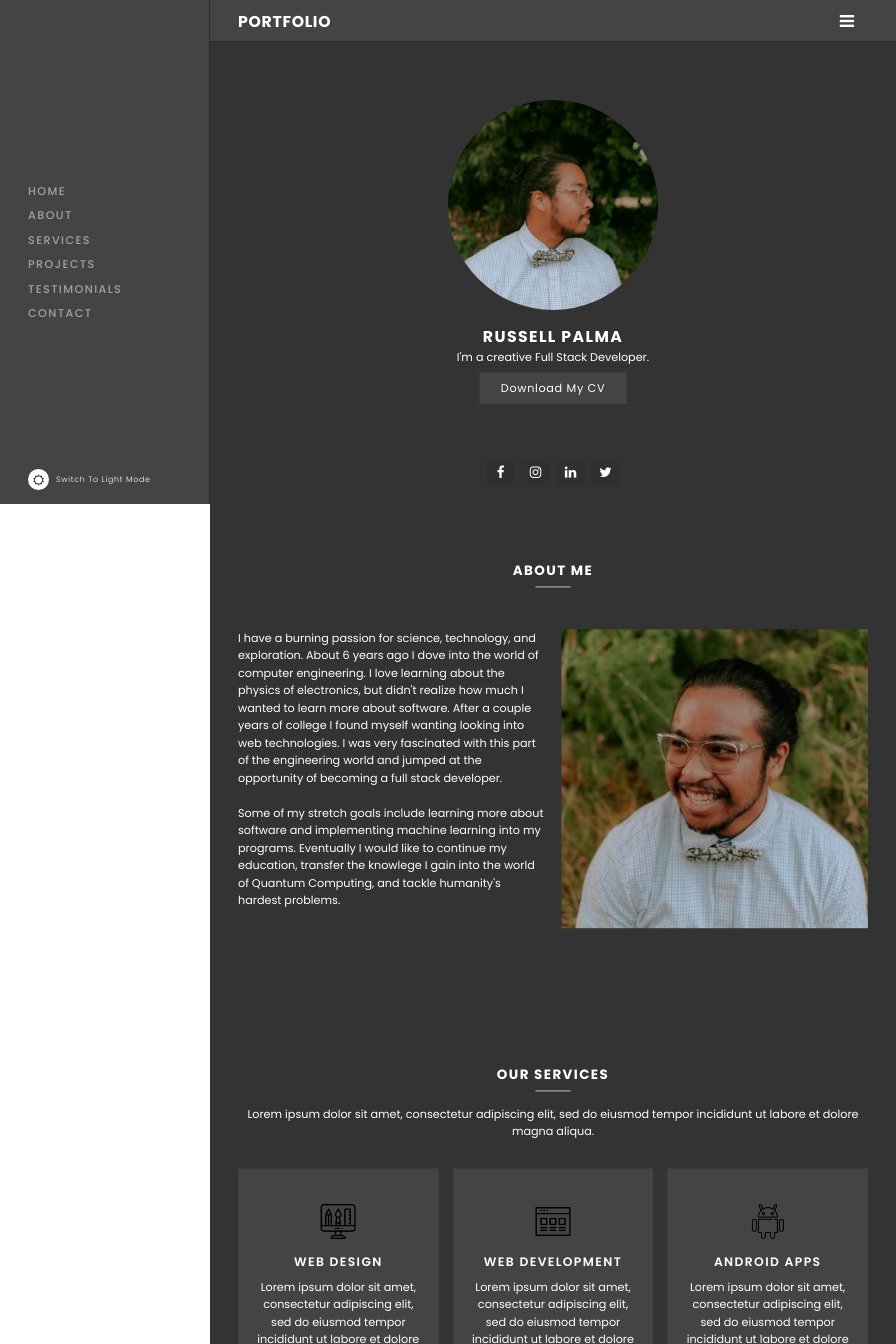
Repository: RussPalms/portforlio-1
Page: index.html
These files come from the project's save history. The page is drawn as it stood at one moment and after the next save; the edit follows.
The browser window is 1280 px wide. The pictures show the part of the page from y = 0 to 1920 px (the page is 5693 px tall), at 70% of full size.
Empty fields were first filled with sample values (such as "Sample", 5 or name@example.com).
After loading, the first visible `div.themeSwitch` was clicked once.

Above is the page before, as saved 2021-11-28 15:57:10.

### index.html
<!DOCTYPE html>
<html>
	<head>
		<meta name="viewport" content="width=device-width, initial-scale=1.0" />
		<title>Complete Responsive Portfolio Website</title>
		<link
			rel="stylesheet"
			href="https://cdnjs.cloudflare.com/ajax/libs/font-awesome/4.7.0/css/font-awesome.css"
			integrity="sha512-5A8nwdMOWrSz20fDsjczgUidUBR8liPYU+WymTZP1lmY9G6Oc7HlZv156XqnsgNUzTyMefFTcsFH/tnJE/+xBg=="
			crossorigin="anonymous"
			referrerpolicy="no-referrer"
		/>
		<link rel="stylesheet" type="text/css" href="style.css" />
	</head>
	<body>
		<div class="container">
			<div class="navigation">
				<ul>
					<li><a href="#banner" onclick="toggleMenu();">Home</a></li>
					<li><a href="#about" onclick="toggleMenu();">About</a></li>
					<li><a href="#services" onclick="toggleMenu();">Services</a></li>
					<li><a href="#projects" onclick="toggleMenu();">Projects</a></li>
					<li><a href="#testimonials" onclick="toggleMenu();">Testimonials</a></li>
					<li><a href="#contact" onclick="toggleMenu();">Contact</a></li>
				</ul>
				<div class="themeSwitch"></div>
			</div>
			<div class="main">
				<div class="topbar">
					<a href="#" class="logo">Portfolio</a>
					<div class="toggle">
						<i class="fa fa-bars" aria-hidden="true"></i>
					</div>
				</div>

				<section class="banner" id="banner">
					<div class="content">
						<div class="imgBx">
							<img src="images/user.jpeg" />
						</div>
						<h3>Russell Palma</h3>
						<p>I'm a creative Full Stack Developer.</p>
						<a href="resume/index.html" class="btn"
							>Download My CV</a
						>
						<ul class="socialMedia">
							<li>
								<a href="#"
									><i
										class="fa fa-facebook"
										aria-hidden="true"
									></i
								></a>
							</li>
							<li>
								<a href="#"
									><i
										class="fa fa-instagram"
										aria-hidden="true"
									></i
								></a>
							</li>
							<li>
								<a href="#"
									><i
										class="fa fa-linkedin"
										aria-hidden="true"
									></i
								></a>
							</li>
							<li>
								<a href="#"
									><i
										class="fa fa-twitter"
										aria-hidden="true"
									></i
								></a>
							</li>
						</ul>
					</div>
				</section>

				<section class="about adjust" id="about">
					<div class="title">
						<h2>About Me</h2>
					</div>
					<div class="content">
						<div class="textBox">
							<p>
								I have a burning passion for science,
								technology, and exploration. About 6 years ago I
								dove into the world of computer engineering. I
								love learning about the physics of electronics,
								but didn't realize how much I wanted to learn
								more about software. After a couple years of
								college I found myself wanting looking into web
								technologies. I was very fascinated with this
								part of the engineering world and jumped at the
								opportunity of becoming a full stack developer.
								<br /><br />Some of my stretch goals include
								learning more about software and implementing
								machine learning into my programs. Eventually I
								would like to continue my education, transfer
								the knowlege I gain into the world of Quantum
								Computing, and tackle humanity's hardest
								problems.
							</p>
						</div>
						<div class="imgBc">
							<img src="resume/me.jpg" />
						</div>
					</div>
				</section>

				<section class="services adjust" id="services">
					<div class="title">
						<h2>Our Services</h2>
						<p>
							Lorem ipsum dolor sit amet, consectetur adipiscing
							elit, sed do eiusmod tempor incididunt ut labore et
							dolore magna aliqua.
						</p>
					</div>
					<div class="content">
						<div class="serviceBox">
							<img src="images/icon1.png" />
							<h2>Web Design</h2>
							<p>
								Lorem ipsum dolor sit amet, consectetur
								adipiscing elit, sed do eiusmod tempor
								incididunt ut labore et dolore magna aliqua.
								Fusce id velit ut tortor.
							</p>
						</div>
						<div class="serviceBox">
							<img src="images/icon2.png" />
							<h2>Web Development</h2>
							<p>
								Lorem ipsum dolor sit amet, consectetur
								adipiscing elit, sed do eiusmod tempor
								incididunt ut labore et dolore magna aliqua.
								Fusce id velit ut tortor.
							</p>
						</div>
						<div class="serviceBox">
							<img src="images/icon3.png" />
							<h2>Android Apps</h2>
							<p>
								Lorem ipsum dolor sit amet, consectetur
								adipiscing elit, sed do eiusmod tempor
								incididunt ut labore et dolore magna aliqua.
								Fusce id velit ut tortor.
							</p>
						</div>
						<div class="serviceBox">
							<img src="images/icon4.png" />
							<h2>Photography</h2>
							<p>
								Lorem ipsum dolor sit amet, consectetur
								adipiscing elit, sed do eiusmod tempor
								incididunt ut labore et dolore magna aliqua.
								Fusce id velit ut tortor.
							</p>
						</div>
						<div class="serviceBox">
							<img src="images/icon5.png" />
							<h2>Content Writing</h2>
							<p>
								Lorem ipsum dolor sit amet, consectetur
								adipiscing elit, sed do eiusmod tempor
								incididunt ut labore et dolore magna aliqua.
								Fusce id velit ut tortor.
							</p>
						</div>
						<div class="serviceBox">
							<img src="images/icon6.png" />
							<h2>Video Editing</h2>
							<p>
								Lorem ipsum dolor sit amet, consectetur
								adipiscing elit, sed do eiusmod tempor
								incididunt ut labore et dolore magna aliqua.
								Fusce id velit ut tortor.
							</p>
						</div>
					</div>
				</section>

				<section class="projects adjust" id="projects">
					<div class="title">
						<h2>Recent Work</h2>
						<p>
							Lorem ipsum dolor sit amet, consectetur adipiscing
							elit, sed do eiusmod tempor incididunt ut labore et
							dolore magna aliqua.
						</p>
					</div>
					<div class="content">
						<div class="workBx">
							<div class="imgBx">
								<img src="images/img1.jpg" />
							</div>
							<div class="textBx">
								<h3>Project 1</h3>
							</div>
						</div>
						<div class="workBx">
							<div class="imgBx">
								<img src="images/img2.jpg" />
							</div>
							<div class="textBx">
								<h3>Project 2</h3>
							</div>
						</div>
						<div class="workBx">
							<div class="imgBx">
								<img src="images/img3.jpg" />
							</div>
							<div class="textBx">
								<h3>Project 3</h3>
							</div>
						</div>
						<div class="workBx">
							<div class="imgBx">
								<img src="images/img4.jpg" />
							</div>
							<div class="textBx">
								<h3>Project 4</h3>
							</div>
						</div>
						<div class="workBx">
							<div class="imgBx">
								<img src="images/img5.jpg" />
							</div>
							<div class="textBx">
								<h3>Project 5</h3>
							</div>
						</div>
						<div class="workBx">
							<div class="imgBx">
								<img src="images/img6.jpg" />
							</div>
							<div class="textBx">
								<h3>Project 6</h3>
							</div>
						</div>
						<div class="workBx">
							<div class="imgBx">
								<img src="images/img7.jpg" />
							</div>
							<div class="textBx">
								<h3>Project 7</h3>
							</div>
						</div>
						<div class="workBx">
							<div class="imgBx">
								<img src="images/img8.jpg" />
							</div>
							<div class="textBx">
								<h3>Project 8</h3>
							</div>
						</div>
						<div class="workBx">
							<div class="imgBx">
								<img src="images/img9.jpg" />
							</div>
							<div class="textBx">
								<h3>Project 9</h3>
							</div>
						</div>
					</div>
				</section>

				<section class="testimonials adjust" id="testimonials">
					<div class="title">
						<h2>Testimonials</h2>
						<p>
							Lorem ipsum dolor sit amet, consectetur adipiscing
							elit, sed do eiusmod tempor incididunt ut labore et
							dolore magna aliqua.
						</p>
					</div>
					<div class="content">
						<div class="testimonialsBox">
							<div class="imgBx">
								<img src="images/user1.jpg" />
							</div>
							<p>
								Tortor condimentum lacinia quis vel eros. Sed
								euismod nisi porta lorem mollis aliquam ut
								porttitor leo. Sed euismod nisi porta lorem.
								Justo laoreet sit amet cursus sit amet dictum
								sit. Quam viverra orci sagittis eu volutpat odio
								facilisis mauris sit. Dui nunc mattis enim ut
								tellus elementum sagittis. Vitae nunc sed velit
								dignissim sodales. Massa sapien faucibus et
								molestie ac feugiat. Pulvinar sapien et ligula
								ullamcorper malesuada proin. Porttitor rhoncus
								dolor purus non enim praesent elementum
								facilisis leo.
							</p>
							<h4>
								Someone Famous<br /><span
									>Website Designer</span
								>
							</h4>
						</div>
						<div class="testimonialsBox">
							<div class="imgBx">
								<img src="images/user2.jpg" />
							</div>
							<p>
								Tortor condimentum lacinia quis vel eros. Sed
								euismod nisi porta lorem mollis aliquam ut
								porttitor leo. Sed euismod nisi porta lorem.
								Justo laoreet sit amet cursus sit amet dictum
								sit. Quam viverra orci sagittis eu volutpat odio
								facilisis mauris sit. Dui nunc mattis enim ut
								tellus elementum sagittis. Vitae nunc sed velit
								dignissim sodales. Massa sapien faucibus et
								molestie ac feugiat. Pulvinar sapien et ligula
								ullamcorper malesuada proin. Porttitor rhoncus
								dolor purus non enim praesent elementum
								facilisis leo.
							</p>
							<h4>
								Someone Famous<br /><span
									>Website Designer</span
								>
							</h4>
						</div>
						<div class="testimonialsBox">
							<div class="imgBx">
								<img src="images/user3.jpg" />
							</div>
							<p>
								Tortor condimentum lacinia quis vel eros. Sed
								euismod nisi porta lorem mollis aliquam ut
								porttitor leo. Sed euismod nisi porta lorem.
								Justo laoreet sit amet cursus sit amet dictum
								sit. Quam viverra orci sagittis eu volutpat odio
								facilisis mauris sit. Dui nunc mattis enim ut
								tellus elementum sagittis. Vitae nunc sed velit
								dignissim sodales. Massa sapien faucibus et
								molestie ac feugiat. Pulvinar sapien et ligula
								ullamcorper malesuada proin. Porttitor rhoncus
								dolor purus non enim praesent elementum
								facilisis leo.
							</p>
							<h4>
								Someone Famous<br /><span
									>Website Designer</span
								>
							</h4>
						</div>
						<div class="testimonialsBox">
							<div class="imgBx">
								<img src="images/user1.jpg" />
							</div>
							<p>
								Tortor condimentum lacinia quis vel eros. Sed
								euismod nisi porta lorem mollis aliquam ut
								porttitor leo. Sed euismod nisi porta lorem.
								Justo laoreet sit amet cursus sit amet dictum
								sit. Quam viverra orci sagittis eu volutpat odio
								facilisis mauris sit. Dui nunc mattis enim ut
								tellus elementum sagittis. Vitae nunc sed velit
								dignissim sodales. Massa sapien faucibus et
								molestie ac feugiat. Pulvinar sapien et ligula
								ullamcorper malesuada proin. Porttitor rhoncus
								dolor purus non enim praesent elementum
								facilisis leo.
							</p>
							<h4>
								Someone Famous<br /><span
									>Website Designer</span
								>
							</h4>
						</div>
					</div>
				</section>

				<section class="contact adjust" id="contact">
					<div class="title">
						<h2>Let's Say Hi</h2>
						<p>
							Gravida neque convallis a cras semper auctor neque
							vitae tempus.
						</p>
					</div>
					<div class="contactForm">
						<div class="row">
							<input
								type="text"
								name=""
								placeholder="first Name"
							/>
							<input
								type="text"
								name=""
								placeholder="Last Name"
							/>
						</div>
						<div class="row">
							<input
								type="text"
								name=""
								placeholder="Email address"
							/>
							<input
								type="text"
								name=""
								placeholder="Mobile No."
							/>
						</div>
						<div class="row2">
							<textarea placeholder="Message"></textarea>
						</div>
						<div class="row2">
							<input type="submit" value="Send" />
						</div>
					</div>
				</section>

                <div class="copyright">
                    <p>Copyright © 2021 PalmaView. All Rights Reserved.</p>
                <div>
			</div>
		</div>

		<script>
			let toggle = document.querySelector(".toggle");
			let topbar = document.querySelector(".topbar");
			let navigation = document.querySelector(".navigation");
			let main = document.querySelector(".main");
			let themeSwitch = document.querySelector(".themeSwitch");
			let body = document.querySelector("body");
			toggle.onclick = function () {
				toggle.classList.toggle("active");
				topbar.classList.toggle("active");
				navigation.classList.toggle("active");
				main.classList.toggle("active");
			};

			themeSwitch.onclick = function() {
				body.classList.toggle("dark");
			}

            function toggleMenu() {
                let navigation = document.querySelector(".navigation");
                let main = document.querySelector(".main");
                navigation.classList.remove("active");
				main.classList.remove("active");
            };
		</script>
	</body>
</html>

### style.css
@import url("https://fonts.googleapis.com/css?family=Poppins:200,300,400,500,600,700,700,800&display=swap");

* {
	margin: 0;
	padding: 0;
	box-sizing: border-box;
	font-family: "Poppins", sans-serif;
	scroll-behavior: smooth;
}

:root {
	--black: #333;
	--black2: #333;
	--white: #fff;
	--white2: #fff;
}

.dark {
	--black: #fff;
	--black2: #444;
	--white: #333;
	--white2: #444;
}

body {
	overflow-x: hidden;
}

.container {
	position: relative;
	width: 100%;
}

.navigation {
	position: fixed;
	width: 300px;
	height: 100%;
	border-right: 1px solid rgba(0, 0, 0, 0.05);
	background: var(--white2);
	display: flex;
	justify-content: center;
	align-items: center;
	overflow: hidden;
	transition: width 0.5s left 0.5s;
}

.dark .navigation {
	border-right: 1px solid rgba(0, 0, 0, 0.5);
}

.navigation.active {
	width: 0px;
}

.navigation ul {
	position: relative;
	top: 0;
	left: 0;
	width: 100%;
	padding: 20px 40px;
}

.navigation ul li {
	position: relative;
	width: 100%;
	list-style: none;
}

.navigation ul li a {
	position: relative;
	display: block;
	width: 100%;
	margin: 10px 0;
	white-space: normal;
	display: flex;
	text-transform: uppercase;
	text-decoration: none;
	color: var(--black);
	font-weight: 500;
	letter-spacing: 2px;
	opacity: 0.5;
}

.navigation ul li a:hover {
	opacity: 1;
}

.main {
	position: absolute;
	width: calc(100% - 300px);
	left: 300px;
	background: var(--white);
	min-height: 100vh;
	transition: width 0.5s, left 0.5s;
}

.main.active {
	width: calc(100% - 0px);
	left: 0px;
}

.main .topbar {
	position: fixed;
	top: 0;
	width: calc(100% - 300px);
	left: 300px;
	background: var(--white2);
	border-bottom: 1px solid rgba(0, 0, 0, 0.05);
	height: 60px;
	padding: 0 40px;
	display: flex;
	justify-content: space-between;
	align-items: center;
	z-index: 10000;
	transition: width 0.5s, left 0.5s;
}

.dark .main .topbar {
	border-bottom: 1px solid rgba(0, 0, 0, 0.5);
}

.main .topbar.active {
	width: calc(100% - 0px);
	left: 0px;
}

.main .topbar .logo {
	color: var(--black);
	font-weight: 700;
	text-decoration: none;
	font-size: 1.4em;
	text-transform: uppercase;
	letter-spacing: 1px;
}

.main .topbar .toggle {
	position: relative;
	width: 60px;
	height: 60px;
	cursor: pointer;
	display: flex;
	justify-content: center;
	align-items: center;
	font-size: 24px;
	color: var(--black);
}

section {
	position: relative;
	min-height: 100vh;
}

.banner {
	display: flex;
	justify-content: center;
	align-items: center;
	padding: 0 20px;
}

.banner .content {
	display: flex;
	flex-direction: column;
	align-items: center;
	justify-content: center;
}

.banner .imgBx {
	position: relative;
	width: 300px;
	height: 300px;
	overflow: hidden;
	border-radius: 50%;
	margin-bottom: 20px;
}

.banner .imgBx img {
	position: absolute;
	top: 0;
	left: 0;
	width: 100%;
	height: 100%;
	object-fit: cover;
}

h3 {
	position: relative;
	font-size: 1.4em;
	color: var(--black);
	letter-spacing: 2px;
	text-transform: uppercase;
}

p {
	color: #777;
}

.dark p {
	color: var(--black);
}

.btn {
	position: relative;
	display: inline-block;
	padding: 10px 30px;
	background: var(--black2);
	color: #fff;
	font-weight: 400;
	letter-spacing: 1px;
	margin-top: 10px;
	text-decoration: none;
}

.dark .btn:hover {
	background: #2196f3;
}

.socialMedia {
	position: absolute;
	bottom: 20px;
	display: flex;
}

.socialMedia li {
	list-style: none;
}

.socialMedia li a {
	display: inline-block;
	width: 40px;
	height: 40px;
	background: rgba(0, 0, 0, 0.05);
	margin: 5px;
	display: flex;
	justify-content: center;
	align-items: center;
	text-decoration: none;
	color: var(--black);
	font-size: 1.2em;
}

.socialMedia li a:hover {
	background: var(--black2);
	color: #fff;
}

.adjust {
	position: relative;
	min-height: 100vh;
	width: 100%;
	padding: 0 40px;
	padding-top: 80px;
	background: var(--white);
	color: var(--black);
	display: inline-block;
}

.title {
	width: 100%;
	text-align: center;
	display: flex;
	justify-content: center;
	align-items: center;
	flex-direction: column;
}

.title h2 {
	position: relative;
	text-transform: uppercase;
	letter-spacing: 2px;
	font-size: 1.2em;
	margin-bottom: 30px;
}

.title h2::before {
	content: "";
	position: absolute;
	left: 50%;
	transform: translateX(-50%);
	bottom: -10px;
	width: 50px;
	height: 1px;
	background: var(--black);
}

.about .content {
	display: flex;
	justify-content: space-between;
	margin-top: 40px;
}

.about .content .textBox {
	width: 49%;
	min-width: 49%;
}

.about .content .imgBx {
	margin-left: 40px;
}

.about .content .imgBx img {
	max-width: 100%;
}

.services .content {
	display: grid;
	grid-template-columns: repeat(3, 1fr);
	grid-gap: 20px;
	margin: 40px 0;
}

.services .content .serviceBox {
	border: 1px solid rgba(0, 0, 0, 0.05);
	padding: 50px 20px;
	display: flex;
	background: var(--white2);
	justify-content: center;
	align-items: center;
	flex-direction: column;
}

.services .content .serviceBox img {
	max-width: 50px;
}

.services .content .serviceBox h2 {
	font-size: 1.1em;
	margin-top: 20px;
	margin-bottom: 10px;
	font-weight: 600;
	color: var(--black);
	text-align: center;
	letter-spacing: 2px;
	text-transform: uppercase;
}

.services .content .serviceBox h2 {
	font-size: 1.1em;
	margin-top: 20px;
	margin-bottom: 10px;
	font-weight: 600;
	color: var(--black);
	text-align: center;
	letter-spacing: 2px;
	text-transform: uppercase;
}

.services .content .serviceBox p {
	text-align: center;
}

.projects .content {
	display: grid;
	grid-template-columns: repeat(3, 1fr);
	grid-gap: 20px;
	margin: 40px 0;
}

.projects .content .workBx {
	position: relative;
	width: 100%;
	height: 300px;
	overflow: hidden;
}

.projects .content .workBx .imgBx {
	position: relative;
	width: 100%;
	height: 100%;
	transform: translateY(0);
	transition: 0.5s ease-in-out;
}

.projects .content .workBx:hover .imgBx {
	transform: translateY(-100%);
}

.projects .content .workBx .imgBx img {
	position: absolute;
	top: 0;
	left: 0;
	width: 100%;
	height: 100%;
	object-fit: cover;
}

.projects .content .workBx .textBx {
	position: absolute;
	top: 0;
	left: 0;
	width: 100%;
	height: 100%;
	background: var(--black);
	display: flex;
	justify-content: center;
	align-items: center;
	transform: translateY(100%);
	transition: 0.5s ease-in-out;
}

.projects .content .workBx:hover .textBx {
	transform: translateY(0);
}

.projects .content .workBx .textBx h3 {
	color: #fff;
	font-size: 1em;
}

.testimonials .content {
	display: grid;
	grid-template-columns: repeat(2, 1fr);
	grid-gap: 20px;
	margin: 40px 0;
}

.testimonials .content .testimonialsBox {
	background: var(--white2);
	border: 1px solid rgba(0, 0, 0, 0.05);
	box-shadow: 0 5px 15px rgba(0, 0, 0, 0.05);
	padding: 20px;
}

.testimonials .content .testimonialsBox .imgBx {
	position: relative;
	width: 80px;
	height: 80px;
	margin-bottom: 10px;
}

.testimonials .content .testimonialsBox .imgBx img {
	position: absolute;
	top: 0;
	left: 0;
	width: 100%;
	height: 100%;
	objcet-fit: cover;
}

.testimonials .content .testimonialsBox p {
	font-style: italic;
}

.testimonials .content .testimonialsBox h4 {
	text-align: right;
	margin-top: 20px;
	text-transform: uppercase;
	letter-spacing: 2px;
	font-size: 1em;
	color: var(--black);
	line-height: 1.2em;
	font-weight: 600;
	border-right: 4px solid var(--black);
	padding-right: 10px;
}

.testimonials .content .testimonialsBox h4 span {
	text-tranform: initial;
	color: #aaa;
	letter-spacing: 1px;
	font-weight: 300;
	font-size: 0.7em;
}

.contact {
	display: flex;
	justify-content: flex-start;
	align-items: center;
	flex-direction: column;
}

.contact .contactForm {
	position: relative;
	width: 100%;
	max-width: 700px;
	margin-top: 20px;
}

.contact .contactForm .row {
	width: 100%;
	display: grid;
	grid-template-columns: repeat(2, 1fr);
	grid-gap: 20px;
	margin-top: 20px;
}

.contact .contactForm .row2 {
	width: 100%;
	display: flex;
	justify-content: center;
	align-items: center;
	margin-top: 20px;
}

.contact .contactForm .row input,
.contact .contactForm .row2 textarea {
	width: 100%;
	padding: 10px;
	border: none;
	outline: none;
	color: var(--black);
	background: var(--white2);
	font-size: 16px;
	border: 1px solid rgba(0, 0, 0, 0.1);
}

.contact .contactForm .row2 textarea {
	resize: none;
	height: 200px;
}

.contact .contactForm .row2 input[type="submit"] {
	background: var(--black2);
	color: #fff;
	padding: 10px 30px;
	display: inline-block;
	font-weight: 500;
	letter-spacing: 2px;
	cursor: pointer;
	font-size: 16px;
	text-transform: uppercase;
	max-width: 150px;
	border: none;
}

.copyright {
	position: relative;
	bottom: 0;
	padding: 10px 40px;
	text-align: center;
}

.themeSwitch {
	position: absolute;
	bottom: 20px;
	left: 40px;
	width: 30px;
	height: 30px;
	background: var(--black);
	color: var(--white);
	border-radius: 50%;
	display: flex;
	justify-content: center;
	align-items: center;
}

.themeSwitch::before {
	content: "\f186";
	font-family: fontAwesome;
	cursor: pointer;
}

.dark .themeSwitch::before {
	content: "\f185";
	font-family: fontAwesome;
	cursor: pointer;
}

.themeSwitch::after {
	content: "Switch To Dark Mode";
	position: absolute;
	left: 40px;
	font-size: 0.7em;
	color: var(--black);
	white-space: nowrap;
	font-weight: 300;
	letter-spacing: 1px;
	pointer-events: none;
}

.dark .themeSwitch::after {
	content: "Switch To Light Mode";
}

@media (max-width: 992px) {
	.navigation {
		left: -100%;
	}
	.navigation.active {
		left: 0;
		width: 100%;
	}
	.main {
		width: 100%;
		left: 0;
	}
	.main.active {
		left: 100%;
	}
	.main .topbar {
		width: 100%;
		left: 0;
		padding: 0 20px;
	}
	.navigation ul {
		padding: 20px 20px;
	}
	.banner .imgBx {
		width: 250px;
		height: 250px;
	}
	.banner h3,
	.banner p {
		text-align: center;
	}
	.adjust {
		padding: 0 20px;
		padding-top: 80px;
	}
	.about .content {
		flex-direction: column;
	}
	.about .content .textBox {
		width: 100%;
		min-width: 100%;
	}
	.about .content .imgBx {
		margin-left: 0;
		margin-top: 20px;
	}
	.services .content {
		grid-template-columns: repeat(2, 1fr);
	}
	.projects .content {
		grid-template-columns: repeat(2, 1fr);
	}
}

@media (max-width: 767px) {
	.services .content {
		grid-template-columns: repeat(1, 1fr);
	}
	.projects .content {
		grid-template-columns: repeat(1, 1fr);
	}
	.testimonials .content {
		grid-template-columns: repeat(1, 1fr);
	}
	.contact .contactForm .row {
		grid-template-columns: repeat(1, 1fr);
	}
	.contact {
		margin-bottom: 100px;
	}
	.copyright {
		padding: 10px 20px;
	}
}

After the next save:
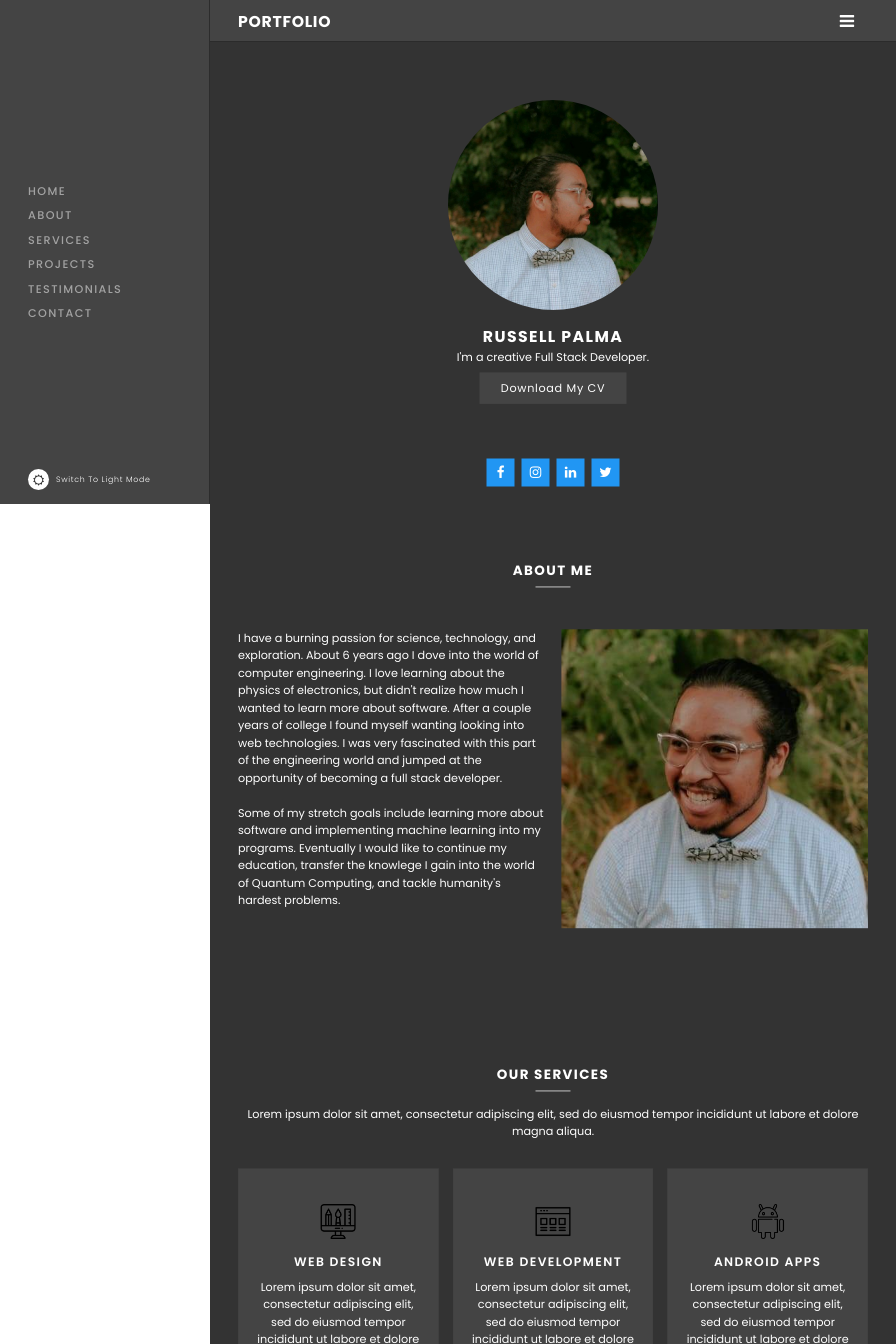
Saved 76 s later.
--- a/style.css
+++ b/style.css
@@ -238,6 +238,10 @@ p {
 	font-size: 1.2em;
 }
 
+.dark .socialMedia li a {
+	background: #2196f3;
+}
+
 .socialMedia li a:hover {
 	background: var(--black2);
 	color: #fff;
